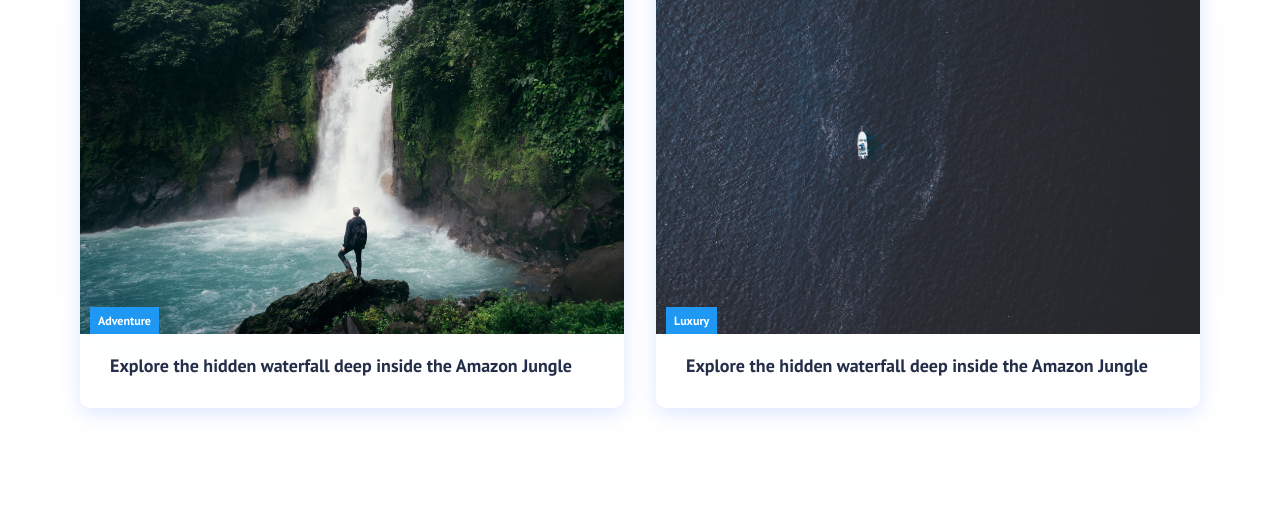
Repository: Yekta-Behzadi/site-with-react
Page: /
These files come from the project's save history. The page is drawn as it stood at one moment and after a run of saves; the edit follows.
The browser window is 1280 px wide. The pictures show the part of the page from y = 614 to 1131 px (the page is 1131 px tall).
Some web libraries are served in a nearby version. The project was rebuilt for these pictures with package versions that can differ from the ones it lists, and the page was loaded fresh each time.

Above is the page before, as saved 2020-12-28 14:40:15.

After the next 2 saves:
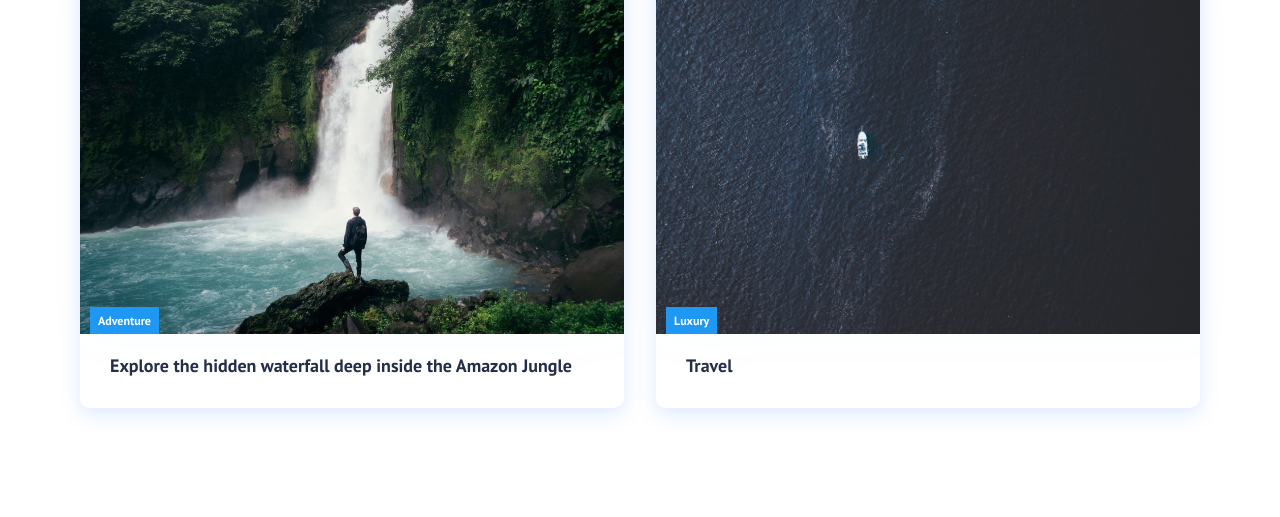
The 2 saves are shown as one change because they came seconds apart.
The last was saved 26 s later.
--- a/src/components/cards/Cards.js
+++ b/src/components/cards/Cards.js
@@ -15,7 +15,7 @@ function Cards() {
             path='/services' />
             <CardItem
             src='images/img-3.jpg'
-            text='Explore the hidden waterfall deep inside the Amazon Jungle'
+            text='Travel '
             label='Luxury'
             path='/services' />
           </ul>
